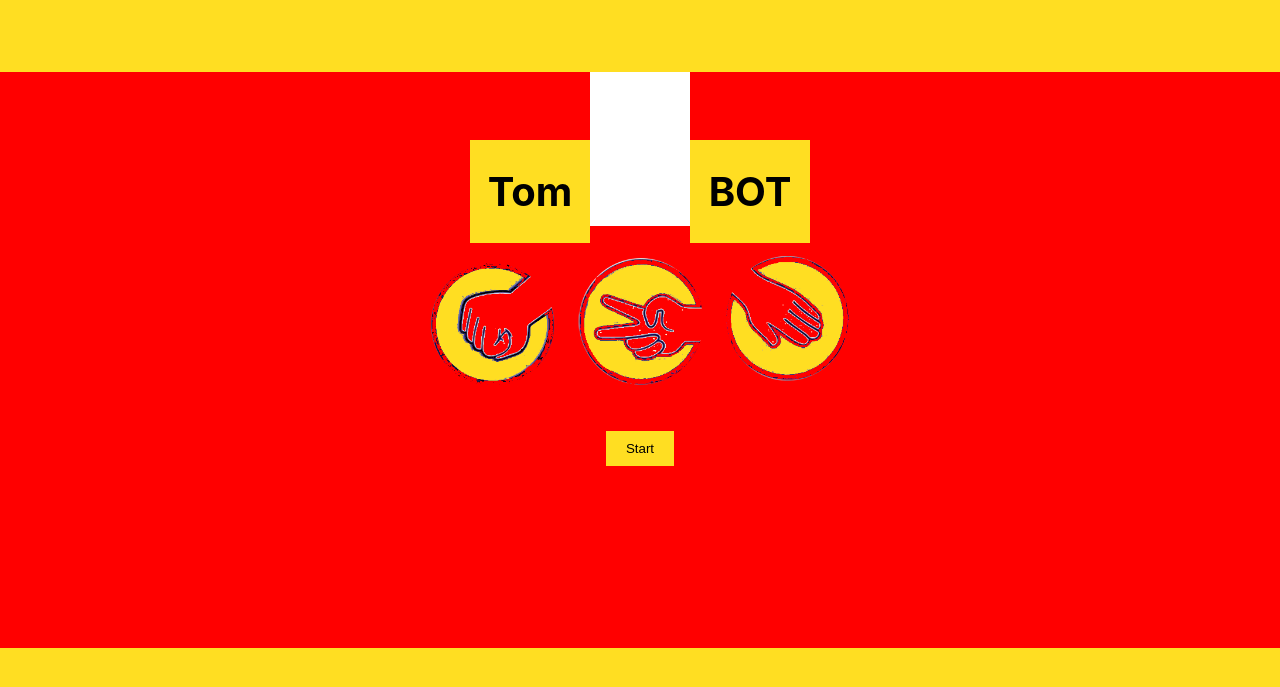
Repository: K009/Rock-Paper-Scissors
Page: /
These files come from the project's save history. The page is drawn as it stood at one moment and after a run of saves; the edit follows.
The browser window is 1280 px wide. The pictures show the whole page.
The project was rebuilt for these pictures with package versions that can differ from the ones it lists, and the page was loaded fresh each time.

Above is the page before, as saved 2020-05-13 11:03:38.

### src/App.js
import React, { Component } from "react";
import "./App.css";
import Player from "./components/Player";
import rock from "./components/img/rock.png";
import scissors from "./components/img/scissors.png";
import paper from "./components/img/paper.png";

const weapon = ["rock", "paper", "scissors"];

class App extends Component {
  constructor() {
    super();
    this.state = {
      playerOne: weapon[0],
      playerTwo: weapon[0],
      winner: "",
    };
    this.state = { counter: 0 };
  }

  startGame = () => {
    let counter = 0;
    let gameInterval = setInterval(() => {
      //to make a delay
      counter++;
      console.log(counter);
      this.setState({
        playerTwo: weapon[Math.floor(Math.random() * weapon.length)],
        winner: "",
      });
      if (counter > 5) {
        clearInterval(gameInterval);
        this.setState({
          winner: this.selectWinner(),
        });
      }
    }, 100);
  };

  selectWinner = () => {
    const { playerOne, playerTwo } = this.state;
    console.log("Player One: " + playerOne + "Player Two: " + playerTwo);
    if (playerOne === playerTwo) {
      console.log("It's a tie");
      return "It's a tie";
    } else if (
      (playerOne === "rock" && playerTwo === "scissors") ||
      (playerOne === "paper" && playerTwo === "rock") ||
      (playerOne === "scissors" && playerTwo === "paper")
    ) {
      return "Player one wins!";
    } else {
      return "Player two wins!";
    }
  };

  selectWeapon = (weapon) => {
    //in argument it gets a value that is going to be set for playerOne
    this.setState({
      playerOne: weapon, //here it gets changed
      winner: "", //winner without any changes - still ""
    });
  };

  increment() {
    this.setState({
      counter: this.state.counter + 1,
    });
  }

  render() {
    const { playerOne, playerTwo, winner } = this.state;
    return (
      <div className="App">
        <div className="Header" />
        <div className="Main-part">
          <div className="Players">
            <Player playerName="Tom" weapon={playerOne} />
            <div className="break">{playerTwo} </div>
            <Player playerName="BOT" weapon={playerTwo} />
          </div>
          <div className="images">
            <img
              className="weaponimg"
              src={rock}
              onClick={() => this.selectWeapon("rock")}
              alt="Rock"
            />
            <img
              className="weaponimg"
              src={scissors}
              onClick={() => this.selectWeapon("scissors")}
              alt="Rock"
            />
            <img
              className="weaponimg"
              src={paper}
              onClick={() => this.selectWeapon("paper")}
              alt="Rock"
            />
          </div>
          <div className="buttons"></div>
          <div className="winner">{winner ? this.selectWinner() : null}</div>
          <button className="weapon" onClick={this.startGame}>
            Start
          </button>
        </div>
        <footer />
      </div>
    );
  }
}

export default App;

### src/App.css
.Header {
  min-height: 10vh;
  text-align: center;
  justify-content: space-around;
  background-color: #ffde22;
  display: flex;
  flex-wrap: wrap;
}

.Main-part {
  background-color: red;
  min-height: 80vh;
  text-align: center;
}

.Players {
  text-align: center;
  display: inline-block;
}

.break {
  width: 100px;
  min-height: 20vh;
  background-color: white;
  padding-top: 10px;
  float: left;
}

output {
  color: white;
  margin-right: 10px;
}
.weaponimg {
  width: 150px;
  height: 150px;
}

.weaponimg:hover {
  width: 160px;
  height: 160px;
  cursor: pointer;
}

.weapon {
  background: #ffde22;
  margin-top: 15px;
  border: none;
  padding: 10px 20px;
  color: black;
}

.weapon:hover {
  background: #ecce20;
  cursor: pointer;
}

.winner {
  color: #ffde22;
  font-size: 20px;
  margin-top: 15px;
}

footer {
  min-height: 10vh;
  background-color: #ffde22;
  width: 100%;
  position: absolute;
  left: 0;
  bottom: 0;
}

### src/components/Player.js
import React from "react";
import style from "./player.module.css";

const Player = ({ playerName }) => {
  return (
    <div className={style.player}>
      <h1>{playerName}</h1>
    </div>
  );
};

export default Player;

### src/components/player.module.css
.player {
  background-color: #ffde22;
  font-size: 20px;
  text-align: center;
  width: 120px;
  float: left;
  margin-top: 20%;
}

Loaded but not shown: public/index.html (common file); src/index.js (common file); src/index.css (common file); src/serviceWorker.js (common file)

After the next 2 saves:
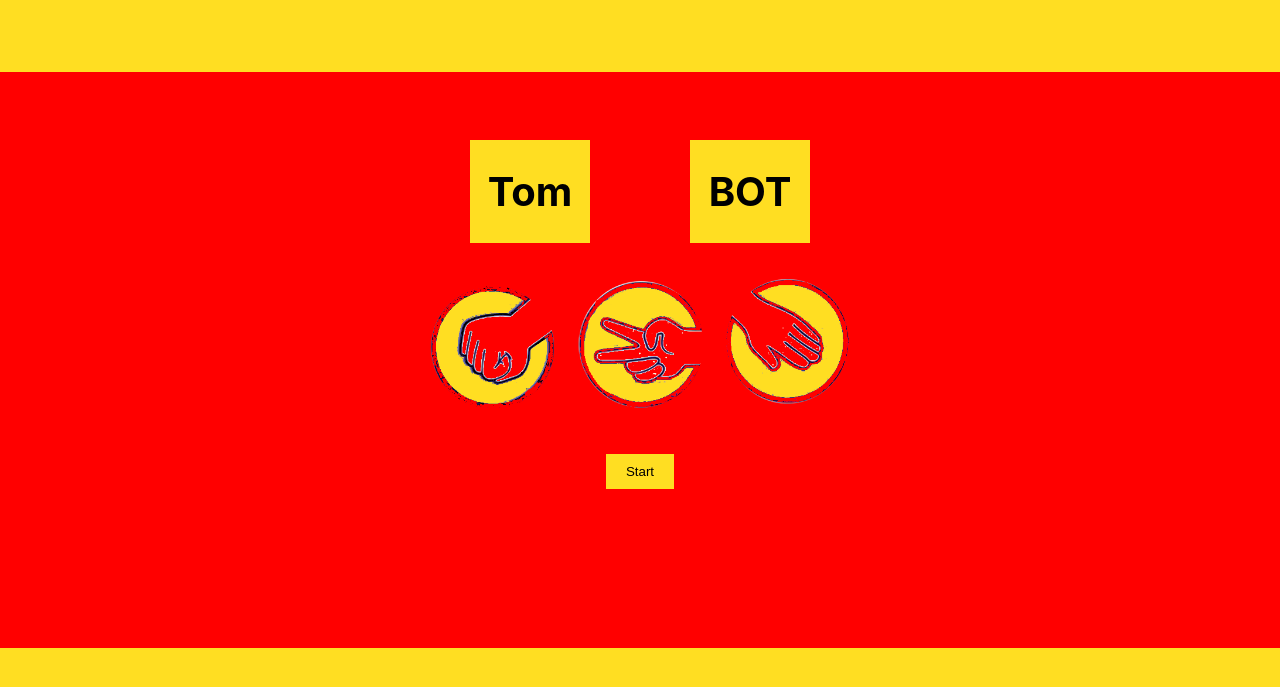
The 2 saves are shown as one change because they came seconds apart.
The last was saved 7 s later.
--- a/src/App.css
+++ b/src/App.css
@@ -21,8 +21,8 @@
 .break {
   width: 100px;
   min-height: 20vh;
-  background-color: white;
-  padding-top: 10px;
+  background-color: red;
+  padding-top: 50px;
   float: left;
 }
 
